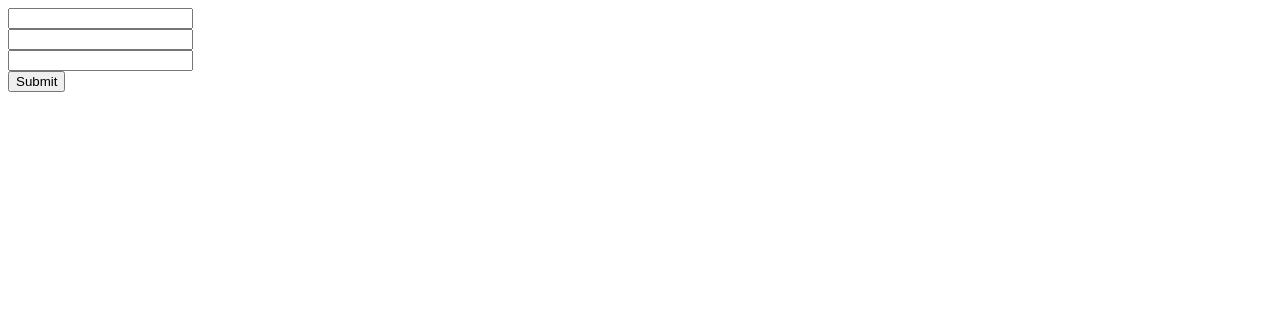
Repository: Kushagraiitg/SpringBoot
Page: http://localhost/bootjpaa/home.jsp
An editor plug-in stored every save of this project. The page is shown before and after the next save, followed by the edit.
The browser window is 1280 px wide. The pictures show the whole page.
The page is served by Tomcat 9. Other server files are loaded and not shown.

Above is the page before, as saved 2021-08-12 19:32:22.

### bootjpaa/src/main/webapp/home.jsp
<%@ page language="java" contentType="text/html; charset=ISO-8859-1"
    pageEncoding="ISO-8859-1"%>
<!DOCTYPE html>
<html>
<head>
<meta charset="ISO-8859-1">
<title>Insert title here</title>
</head>
<body>

	<form action="addAlien">
		<input type="text" name=aid><br>
		<input type="text" name=name><br>
		<input type="text" name=tech><br>
		<input type="submit"><br>

	</form>
</body>
</html>

After the next save:
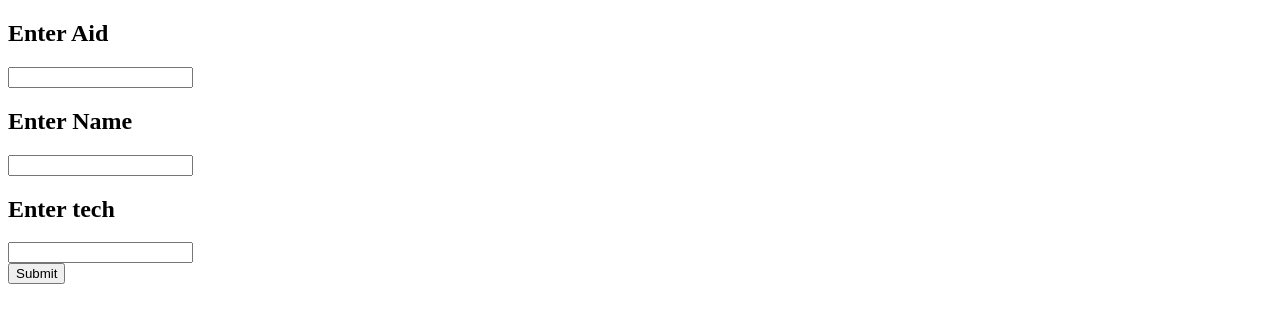
Saved 86 s later.
--- a/bootjpaa/src/main/webapp/home.jsp
+++ b/bootjpaa/src/main/webapp/home.jsp
@@ -9,9 +9,9 @@
 <body>
 
 	<form action="addAlien">
-		<input type="text" name=aid><br>
-		<input type="text" name=name><br>
-		<input type="text" name=tech><br>
+		<h2>Enter Aid</h2><input type="text" name=aid><br>
+		<h2>Enter Name</h2><input type="text" name=name><br>
+		<h2>Enter tech</h2><input type="text" name=tech><br>
 		<input type="submit"><br>
 
 	</form>
